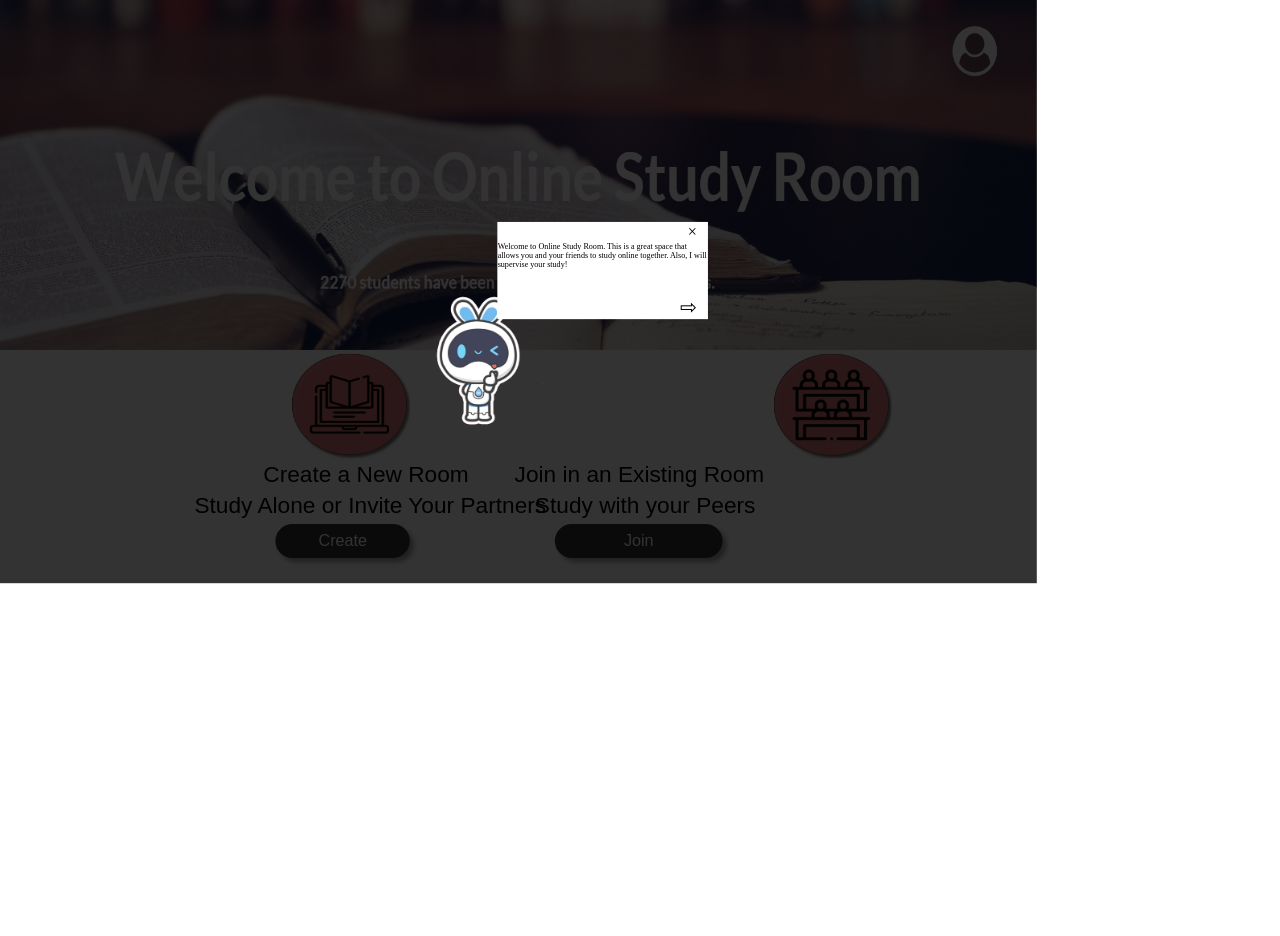
Repository: Team-Extrememe/Online-Study-Room
Page: home.html
These files come from the project's save history. The page is drawn as it stood at one moment and after the next save; the edit follows.
The browser window is 1280 px wide. The page is 1580 px wide, so the pictures cover 1580 px, including what lies to the right of the window. The pictures show the whole page, at 81% of full size.

Above is the page before, as saved 2021-10-08 13:43:02.
Console error: TypeError: Cannot set properties of null (setting 'onclick')

### home.html
<!DOCTYPE html>
<html lang="en">
<head>
    <meta charset="UTF-8">
    <meta http-equiv="X-UA-Compatible" content="IE=edge">
    <meta name="viewport" content="width=device-width, initial-scale=1.0">
    <link rel="stylesheet" href="css/style.css">
    <script src="js/jquery-3.6.0.min.js" type="text/javascript"></script>
    <script type="text/javascript" src="js/javascript.js"></script>
    <title>Homepage</title>
</head>
<body>
    <img class="home" src="images/home.png" alt="home_header">
    <a href="login.html" class="account"></a>
    <img class="rabbit" src="images/rabbit1.png" alt="guide_rabbit">
    <div id="light3" class="guide_div">
        <div class="guide_text">
            <div class="close_guide_button">&times;</div>
            <div class="text1">
                Welcome to Online Study Room.  This is a great space that allows you and your friends to study online together.  Also, I will supervise your study!
            </div>
            <div class="next">&#8680;</div>
        </div>
    </div>
    <img class="rabbit2" src="images/rabbit2.png" alt="guide_rabbit2">
    <div id="light4" class="guide_div2">
        <div class="guide_text2">
            <div class="close_guide_button2">&times;</div>
            <span>You can create your own study room here!</span>
            <div class="back">&#8678;</div>
            <div class="next2">&#8680;</div>
        </div>
    </div>
    <img class="rabbit3" src="images/rabbit3.png" alt="guide_rabbit3">
    <div id="light5" class="guide_div3">
        <div class="guide_text3">
            <div class="close_guide_button3">&times;</div>
            <span>Or you can join other's study room.</span>
            <div class="back2">&#8678;</div>
            <div class="next3">&#8680;</div>
        </div>
    </div>
    <img class="rabbit4" src="images/rabbit3.png" alt="guide_rabbit4">
    <div id="light6" class="guide_div4">
        <div class="guide_text4">
            <div class="close_guide_button4">&times;</div>
            <span>You can create an account and log in here.</span>
            <div class="back3">&#8678;</div>
            <div class="next4">&#8680;</div>
        </div>
    </div>
    <img class="rabbit5" src="images/rabbit4.png" alt="guide_rabbit5">
    <div id="light7" class="guide_div5">
        <div class="guide_text5">
            <span>So now, start your learning~ I will always be with you.</span>
            <div class="repeat">Repeat</div>
            <div class="end">Ok</div>
        </div>
    </div>

    <div class="room_container">
        <div class="create_room">
            <img src="images/create.png" alt="create_room">
            <div class="create_text">
                <span class="span1">Create a New Room</span>
                <span class="span2">Study Alone or Invite Your Partners</span>
                <button class="create">Create</button>
            </div>
        </div>
        <div class="join_room">
            <img src="images/join.png" alt="join_room">
            <div class="join_text">
                <span class="span3">Join in an Existing Room</span>
                <span class="span4">Study with your Peers</span>
                <button class="join">Join</button>
            </div>
        </div>
    </div>

    <div id="light" class="popup">
        <div class="close_button">&times;</div>
        <div class="room_type">
            <label>Private
                <input class="private" type="checkbox" name="private">
            </label>
            <label>Public
                <input type="checkbox">
            </label>
        </div>
        <div class="room_info">
            <label>Number of people:</label>
            <input class="amount" type="text">
            <span>(Maxium is 6)</span>
            <br>
            <label>Time Setting:</label>
            <input id="time" type="time" step='1' min="00:00:00" max="24:00:00">
        </div>
        <div class="device">

        </div>
        <button class="confirm_create">Create</button>
    </div>
    <div id="light2" class="popup2">
        <div class="close_button2">&times;</div>
        <img src="images/join2.png" alt="join_other_rooms">
        <div class="room_type">
            <label>Private
                <input type="checkbox">
            </label>
            <label>Public
                <input type="checkbox">
            </label>
        </div>
        <button class="confirm_join">Join</button>
    </div>
    <div id="fade" class="black_overlay"></div>
    <div id="fade1" class="black"></div>
</body>
</html>

### css/style.css

.login{
    background: linear-gradient(144.9063727226063deg , rgba(250, 205, 145, 1) 28.000000000000004%, rgba(250, 248, 145, 1) 92%);
    margin: 0;
    padding: 0;
    height: 100vh;
    overflow: hidden;
}

body{
    margin: 0;
    padding: 0;
    height: 100vh;
    overflow: hidden;
}

div{
    display: block;
}

.login_container{
    position: absolute;
    top: 50%;
    left: 50%;
    transform: translate(-50%, -50%);
    width: 860px;
    background: white;
    height: 900px;
}

.login_container h1{
    text-align: center;
    padding: 0 0 20px 0;
    padding-top: 50px;
}

.login_container h3{
    text-align: center;
    padding-bottom: 50px;
}

.login_container form{
    padding: 0 100px;
    box-sizing: border-box;
}

form .txt_field{
    position: relative;
    margin: 30px 0;
}

.txt_field input{
    width: 60%;
    padding: 5px 5px;
    height: 40px;
    font-size: 16px;
    position: relative;
    left: 140px;
    top: 10px;
    margin-bottom: 30px;
    background-color: #f9f9f9;
    border-style: solid;
    border-color:  #d3d3d3;
    border-radius: 4px;
    border-width: 2px;
    text-indent: 0px;
    text-shadow: none;
    box-shadow: none;
}

.txt_field label{
    position: absolute;
    left: 140px;
    color: #8c8c8c;
    transform: translateY(-100%);
    font-size: 16px;

}

.remember{
    position: relative;
    left: 160px;
    color: #8c8c8c;
}

.check{
    position: relative;
    left: -140px;
}
.forgot{
    position: absolute;
    bottom: 392px;
    left: 480px;
}

.forgot a{
    text-decoration: none;
    color: rgb(43, 158, 217);
}

input[type="submit"]{
    border-width: 0px;
    position: absolute;
    left: 285px;
    top: 700px;
    width: 320px;
    height: 50px;
    background: inherit;
    background-color: rgba(30, 152, 215, 1);
    border: none;
    border-radius: 73px;
    box-shadow: none;
    font-weight: 400;
    font-style: normal;
    font-size: 25px;
    color: white;
    cursor: pointer;
}

input[type="submit"]:hover{
    background-color: rgba(30, 132, 207, 1);
}

.signup_link{
    position: absolute;
    bottom: 100px;
    left: 320px;
    color: #8c8c8c;
}

.signup_link a{
    text-decoration: none;
    color: rgb(43, 158, 217);
}

/* homepage*/

.home{
    width: 100%;
    height: 60%;
}

.account{
    display: inline-block;
    width: 88px;
    height: 81px;
    position: absolute;
    right: 69px;
    top: 41px;
    border-radius: 50%;
}

.room_container{
    width: 100%;
    height: 100%;
}

.create_room{
    width: 50%;
    float: left;
    /* margin-left: 350px; */
    height: 100%;
}

.create_room img{
    /* position: absolute;
    left: 450px; */
    padding-left: 360px;
    height: 18%;
}

.create_text{
    /* position: absolute;
    left: 420px;
    bottom: 100px; */
    font-family: 'Arial Negreta', 'Arial Normal', 'Arial', sans-serif;
    /* padding-left: 340px; */
    float: left;
    height: 10em;
}

.create_text span{
    word-break: normal;
    width: 100%;
    display: block;
    white-space: pre-wrap;
    word-wrap: break-word;
    overflow: hidden;
    padding-bottom: 10px;
    font-size: 28px;
}



.create_text span:nth-of-type(2){
    /* position: relative;
    left: -90px; */
    /* padding-left: -50px;
    text-align:left; */
}

.span1{
    padding-left: 360px;
    height: 18%;
}

.span2{
    padding-left: 260px;
    height: 18%;
}

.create{
    margin-left: 350px;
    /* height: 18%; */
}

.create_text button{
    /* position: relative;
    left: 30px; */
    width: 31%;
    height: 30%;
    background: inherit;
    background-color: rgba(51, 51, 51, 1);
    box-sizing: border-box;
    border-width: 3px;
    border-style: solid;
    border-color: rgba(51, 51, 51, 1);
    border-radius: 71px;
    box-shadow: 5px 5px 5px rgb(0 0 0 / 35%);
    font-size: 26px;
    color: rgba(255, 255, 255, 0.996078431372549);
    cursor: pointer;
}

.join_room{
    width: 50%;
    float: right;
    height: 100%;
}

.join_room img{
    /* position: absolute;
    right: 450px; */
    padding-left: 420px;
    height: 18%;
}

.join_text{
    /* position: absolute;
    right: 420px;
    bottom: 100px; */
    font-family: 'Arial Negreta', 'Arial Normal', 'Arial', sans-serif;
    float: left;
    margin-left: 20px;
    height: 10em;
}

.join_text span{
    word-break: normal;
    width: 100%;
    display: block;
    white-space: pre-wrap;
    word-wrap: break-word;
    overflow: hidden;
    padding-bottom: 10px;
    font-size: 28px;
    /* position: relative;
    right: -40px; */
}

.span3{
    padding-left: 350px;
    height: 18%;
}

.span4{
    padding-left: 375px;
    height: 18%;
}

.join_text span:nth-of-type(2){
    /* position: relative;
    right: -60px; */
}

.join_text button{
    /* position: relative;
    right: -85px; */
    margin-left: 400px;
    width: 31%;
    height: 30%;
    background: inherit;
    background-color: rgba(51, 51, 51, 1);
    box-sizing: border-box;
    border-width: 3px;
    border-style: solid;
    border-color: rgba(51, 51, 51, 1);
    border-radius: 71px;
    box-shadow: 5px 5px 5px rgb(0 0 0 / 35%);
    font-size: 26px;
    color: rgba(255, 255, 255, 0.996078431372549);
    cursor: pointer;
}

/* pop-up*/

.room_info input{
    border: 0;
    outline: 0;
    background: transparent;
    border-bottom: 1px solid black;
}

.popup{
    display: none;
    position: absolute;
    top: 35%;
    left: 37%;
    width: 500px;
    height: 240px;
    border: 10x solid black;
    background-color: white;
    z-index:1002;
    overflow: auto;
}

.popup2{
    display: none;
    position: absolute;
    top: 35%;
    left: 37%;
    width: 500px;
    height: 240px;
    border: 10x solid black;
    background-color: white;
    z-index:1002;
    overflow: auto;
}

.popup2 img{
    position: relative;
    left: 45%;
    top: 10px;
}

.popup2 .room_type{
    position: absolute;
    top: 38%;
}

.black_overlay{
    display: none;
    position: absolute;
    top: 0%;
    left: 0%;
    width: 100%;
    height: 100%;
    background-color: black;
    z-index:1001;
    opacity:.80;
    filter: alpha(opacity=88);
}

.close_button{
    position: absolute;
    right: 20px;
    top: 0px;
    font-size: 35px;
    cursor: pointer;
}

.close_button2{
    position: absolute;
    right: 20px;
    top: 0px;
    font-size: 35px;
    cursor: pointer;
}

.room_type{
    position: absolute;
    left: 28%;
    top: 10%;
    font-size: 20px;
}

.room_type label{
    padding-right: 40px;
}

.room_info{
    position: absolute;
    top: 20%;
    left: 20%;
    margin-top: 25px;
}

.room_info input{
    width: 70px;
}

.room_info label{
    display: inline-block;
    margin-bottom: 25px;
}

.confirm_create{
    position: absolute;
    bottom: 10px;
    left: 35%;
    width: 170px;
    height: 40px;
    background: inherit;
    background-color: rgba(51, 51, 51, 1);
    box-sizing: border-box;
    border-width: 3px;
    border-style: solid;
    border-color: rgba(51, 51, 51, 1);
    border-radius: 71px;
    box-shadow: 3px 2px 3px rgb(0 0 0 / 35%);
    font-size: 16px;
    color: rgba(255, 255, 255, 0.996078431372549);
    cursor: pointer;
}

.confirm_join{
    position: absolute;
    bottom: 25px;
    left: 35%;
    width: 170px;
    height: 40px;
    background: inherit;
    background-color: rgba(51, 51, 51, 1);
    box-sizing: border-box;
    border-width: 3px;
    border-style: solid;
    border-color: rgba(51, 51, 51, 1);
    border-radius: 71px;
    box-shadow: 3px 2px 3px rgb(0 0 0 / 35%);
    font-size: 16px;
    color: rgba(255, 255, 255, 0.996078431372549);
    cursor: pointer;
}

/* rabbit guide*/

.rabbit{
    width: 160px;
    height: 180px;
    float: left;
    position: absolute;
    left: 40%;
    top: 50%;
    display: block;
    position: absolute;
    background-color: transparent;
    z-index:1002;
    overflow: auto;
}

.rabbit2{
    width: 400px;
    /* height: 180px; */
    float: left;
    position: absolute;
    left: 31%;
    top: 56%;
    display: none;
    position: absolute;
    background-color: transparent;
    z-index:1002;
    overflow: auto;
}

.rabbit3{
    width: 400px;
    /* height: 180px; */
    float: left;
    position: absolute;
    left: 53%;
    top: 56%;
    display: none;
    position: absolute;
    background-color: transparent;
    z-index:1002;
    overflow: auto;
}

.rabbit4{
    width: 400px;
    /* height: 180px; */
    float: left;
    position: absolute;
    right: 5%;
    top: 12%;
    display: none;
    position: absolute;
    background-color: transparent;
    z-index:1002;
    overflow: auto;
}

.rabbit5{
    width: 200px;
    height: 200px;
    float: left;
    position: absolute;
    left: 35%;
    top: 56%;
    display: none;
    position: absolute;
    background-color: transparent;
    z-index:1002;
    overflow: auto;
}

.black{
    display: none;
    position: absolute;
    top: 0%;
    left: 0%;
    width: 100%;
    height: 100%;
    background-color: black;
    z-index:1001;
    opacity:.80;
    filter: alpha(opacity=88);
}

.guide_div {
    display: block;
    position: absolute;
    top: 38%;
    left: 48%;
    width: 260px;
    height: 120px;
    border: 10x solid black;
    background-color: white;
    z-index:1002;
    overflow: auto;
}

.guide_div2{
    display: none;
    position: absolute;
    bottom: 30%;
    left: 27%;
    width: 215px;
    height: 70px;
    border: 10x solid black;
    background-color: white;
    z-index:1002;
    overflow: none;
}

.guide_div3{
    display: none;
    position: absolute;
    bottom: 31%;
    right: 22%;
    width: 215px;
    height: 70px;
    border: 10x solid black;
    background-color: white;
    z-index:1002;
    overflow: none;
}

.guide_div4{
    display: none;
    position: absolute;
    top: 14%;
    right: 1%;
    width: 215px;
    height: 70px;
    border: 10x solid black;
    background-color: white;
    z-index:1002;
    overflow: none;
}

.guide_div5{
    display: none;
    position: absolute;
    bottom: 37%;
    left: 44%;
    width: 215px;
    height: 70px;
    border: 10x solid black;
    background-color: white;
    z-index:1002;
    overflow: none;
}

/* .text1::before{
    background-color: #F2F2F2;
    bottom: -5px;
    box-shadow: -2px 2px 2px 0 rgba(178, 178, 178, 0.4);
    content: " ";
    display: block;
    height: 13px;
    left: 5px;
    position: absolute;
    transform: rotate(-35deg) skew(-35deg);
    width: 15px;
} */

#fade1{
    display: block;
}

.light3{
    display: block;
}

.light4{
    display: block;
}

.light5{
    display: block;
}

.light6{
    display: block;
}

.light7{
    display: block;
}

.text1{
    font-size: 10px;
    position: absolute;
    top: 25px;
    /* background-color: #F2F2F2;
    border-radius: 5px;
    box-shadow: 0 0 6px #B2B2B2;
    display: inline-block;
    padding: 10px 18px;
    position: relative;
    vertical-align: top;
    float: left;
    margin: 5px 45px 5px 20px;     */
}

.guide_text2 span{
    font-size: 14px;
    position: absolute;
    top: 20px;
}

.guide_text3 span{
    font-size: 14px;
    position: absolute;
    top: 20px;
}

.guide_text4 span{
    font-size: 14px;
    position: absolute;
    top: 20px;
}

.guide_text5 span{
    font-size: 14px;
    position: absolute;
}

.close_guide_button{
    position: absolute;
    right: 14px;
    top: 0px;
    font-size: 20px;
    cursor: pointer;
}

.close_guide_button2{
    position: absolute;
    left: 184px;
    top: -2px;
    font-size: 20px;
    cursor: pointer;
}

.close_guide_button3{
    position: absolute;
    left: 184px;
    top: -2px;
    font-size: 20px;
    cursor: pointer;
}

.close_guide_button4{
    position: absolute;
    left: 184px;
    top: -2px;
    font-size: 20px;
    cursor: pointer;
}

.next{
    position: absolute;
    right: 14px;
    bottom: 0;
    font-size: 25px;
    cursor: pointer;
}

.next2{
    position: absolute;
    right: 14px;
    bottom: 0;
    font-size: 25px;
    cursor: pointer;
}

.next3{
    position: absolute;
    right: 14px;
    bottom: 0;
    font-size: 25px;
    cursor: pointer;
}

.next4{
    position: absolute;
    right: 14px;
    bottom: 0;
    font-size: 25px;
    cursor: pointer;
}

.back{
    position: absolute;
    right: 35px;
    bottom: 0;
    font-size: 25px;
    cursor: pointer;
}

.back2{
    position: absolute;
    right: 35px;
    bottom: 0;
    font-size: 25px;
    cursor: pointer;
}

.back3{
    position: absolute;
    right: 35px;
    bottom: 0;
    font-size: 25px;
    cursor: pointer;
}

.repeat, .end{
    font-size: 10px;
}

.repeat{
    position: absolute;
    right: 52px;
    bottom: 4px;
    cursor: pointer;
}

.end{
    position: absolute;
    right: 14px;
    bottom: 4px;
    cursor: pointer;
}

/* main page*/


@media screen and (max-device-width: 1440px) {
    .span1{
        padding-left: 325px;
    }

    .span2{
        padding-left: 240px;
    }

    .create_text button{
        width: 26%;
        height: 26%;
        font-size: 20px;
    }

    .create{
        margin-left: 340px;
    }

    .span3{
        padding-right: 150px;
    }

    .join_text{
        float: right;
        margin-right: 200px;
    }

    .join_room img{
        padding-left: 315px;
    }

    .join_text button{
        width: 26%;
        height: 26%;
        font-size: 20px;
    }

    .join{
        margin-right: 340px;
    }


}

Loaded but not shown: js/jquery-3.6.0.min.js (library); js/javascript.js (410 lines, source omitted)

After the next save:
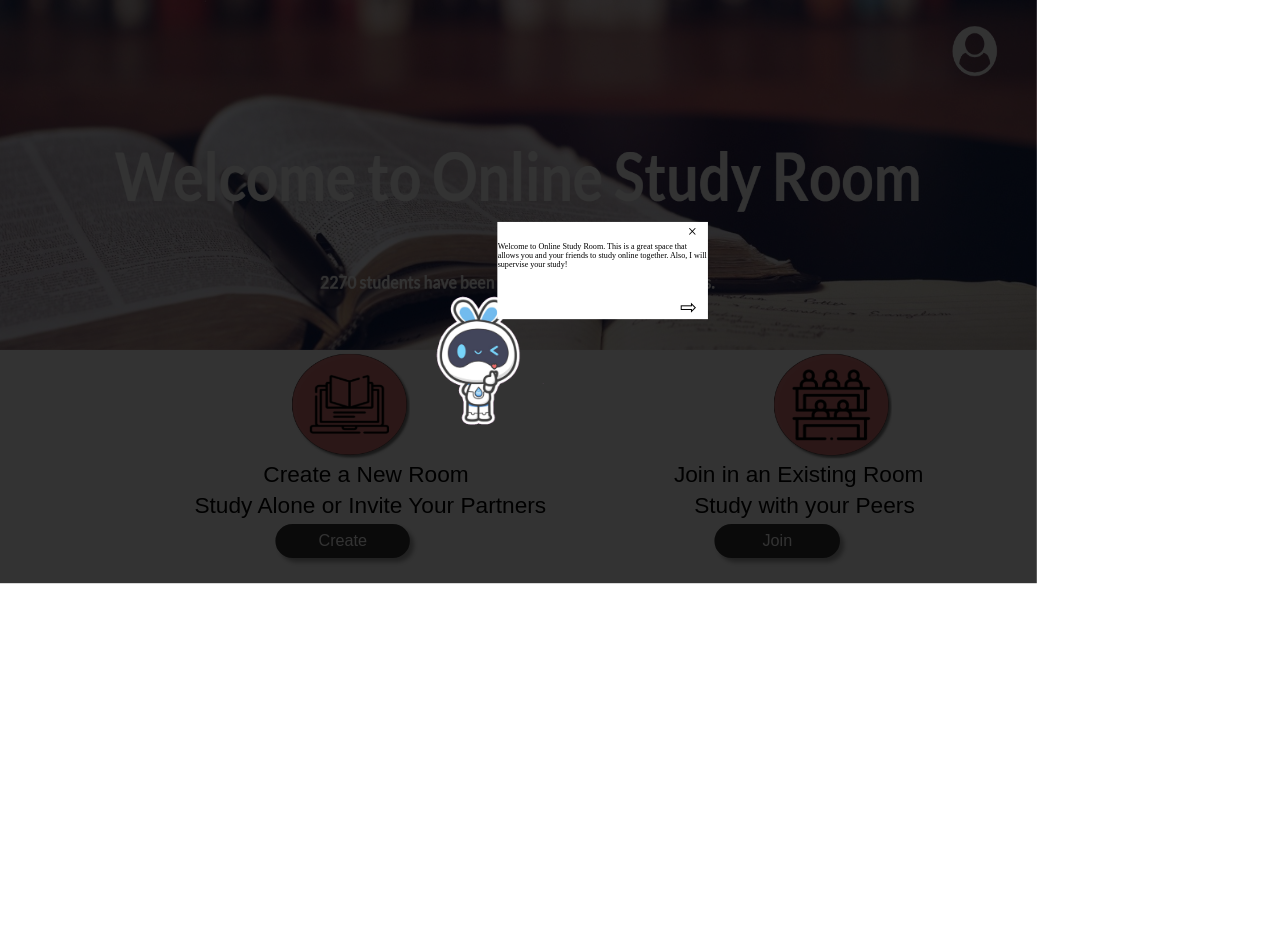
Saved 5 s later.
--- a/css/style.css
+++ b/css/style.css
@@ -815,7 +815,7 @@ input[type="submit"]:hover{
     }
 
     .join{
-        margin-right: 340px;
+        margin-right: 30px;
     }
 
 
